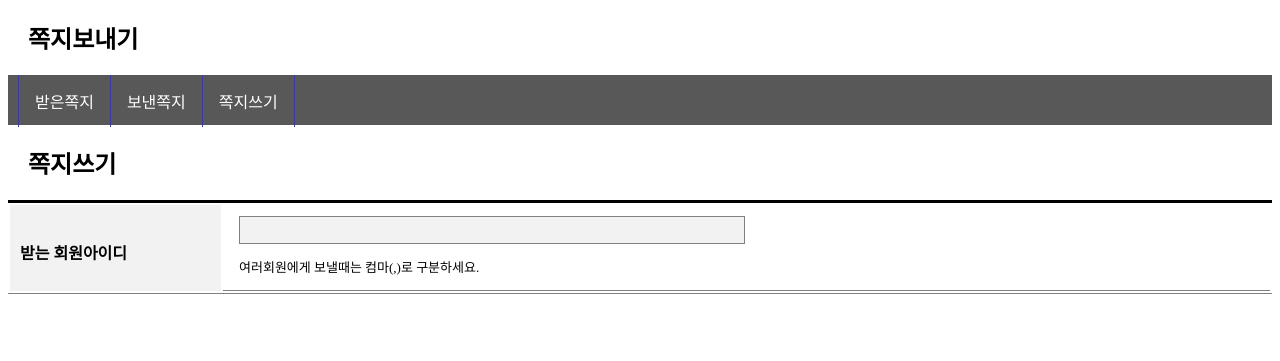
Repository: ks12b0000/JSP-School-Class
Page: chap10_JSP/src/main/webapp/Test/sendMessage.html
The author's editor kept a copy of each file at every save. The page is drawn from the files as they stood at one save, then again after a run of saves.
The browser window is 1280 px wide. The pictures show the whole page.

Above is the page before, as saved 2022-06-04 11:19:22.

After the next 2 saves:
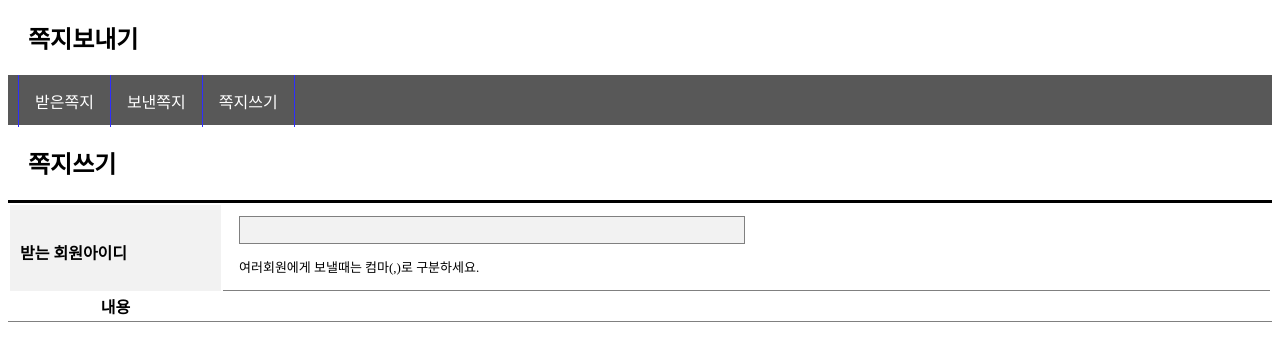
The 2 saves are shown as one change because they came seconds apart.
The last was saved 2 min 6 s later.
--- a/chap10_JSP/src/main/webapp/Test/sendMessage.html
+++ b/chap10_JSP/src/main/webapp/Test/sendMessage.html
@@ -21,6 +21,9 @@
 			<th id="id12"><strong>받는 회원아이디</strong></th>
 			<td><input type="text" /><br/><p>여러회원에게 보낼때는 컴마(,)로 구분하세요.</p></td>
 		</tr>
+		<tr>
+			<th><strong>내용</strong></th>
+		</tr>
 	</table>
 </body>
 </html>
